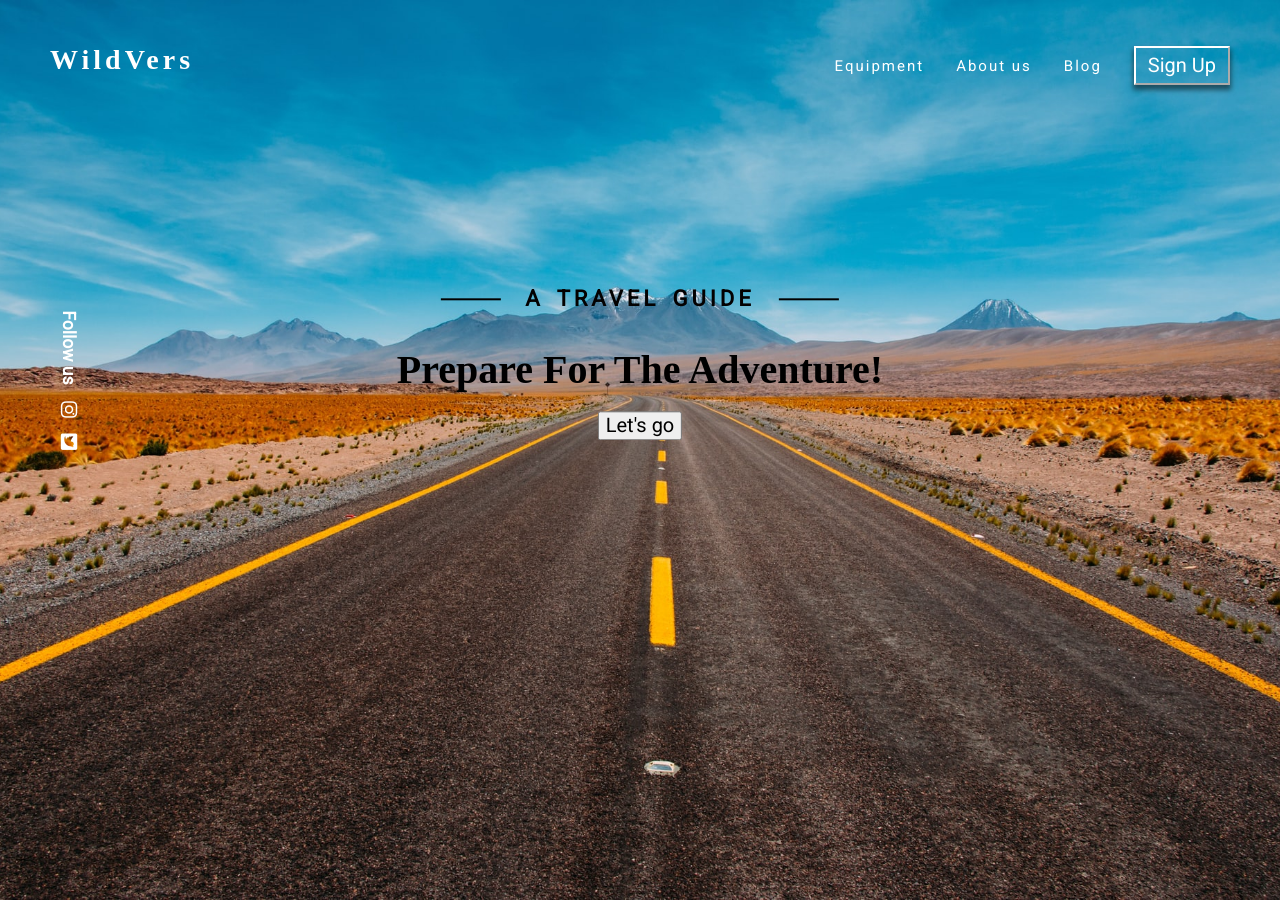
Repository: Hunga9k50doker/wildver-travel
Page: src/index.html
These files come from the project's save history. The page is drawn as it stood at one moment and after the next save; the edit follows.
The browser window is 1280 px wide. The pictures show the whole page.
Some web fonts or font styles are not loaded; a fallback is used. The style sheet was rebuilt from its Sass, Less or Tailwind sources for each picture, by a compiler version that may differ from the author's.

Above is the page before, as saved 2021-08-26 00:25:19.

After the next save:
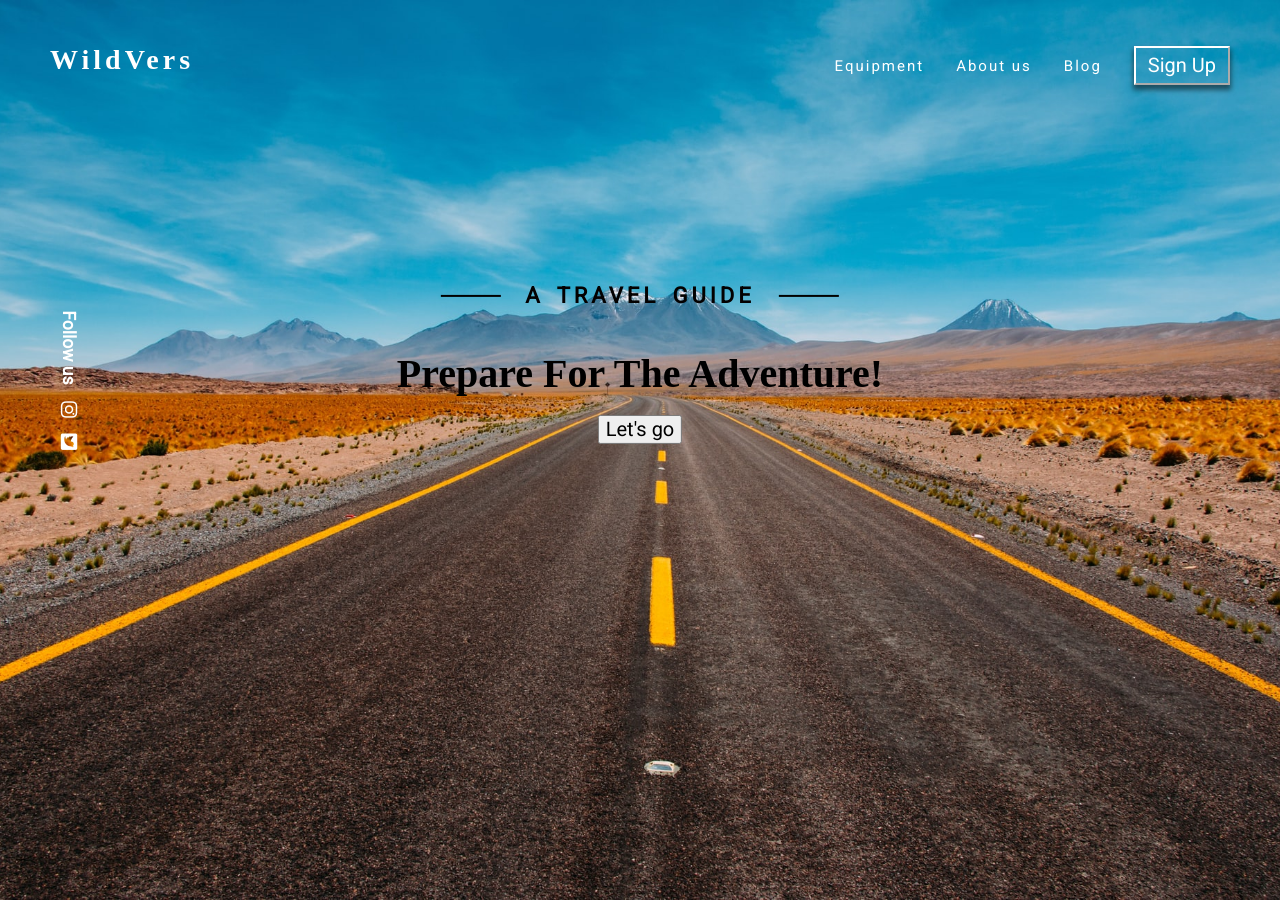
Saved 5 s later.
--- a/src/resources/scss/header.scss
+++ b/src/resources/scss/header.scss
@@ -138,7 +138,8 @@
                 }
             }
             h2{
-                font-size:4rem
+                font-size:4rem;
+                margin-top: 4rem;
             }
         }
     }
